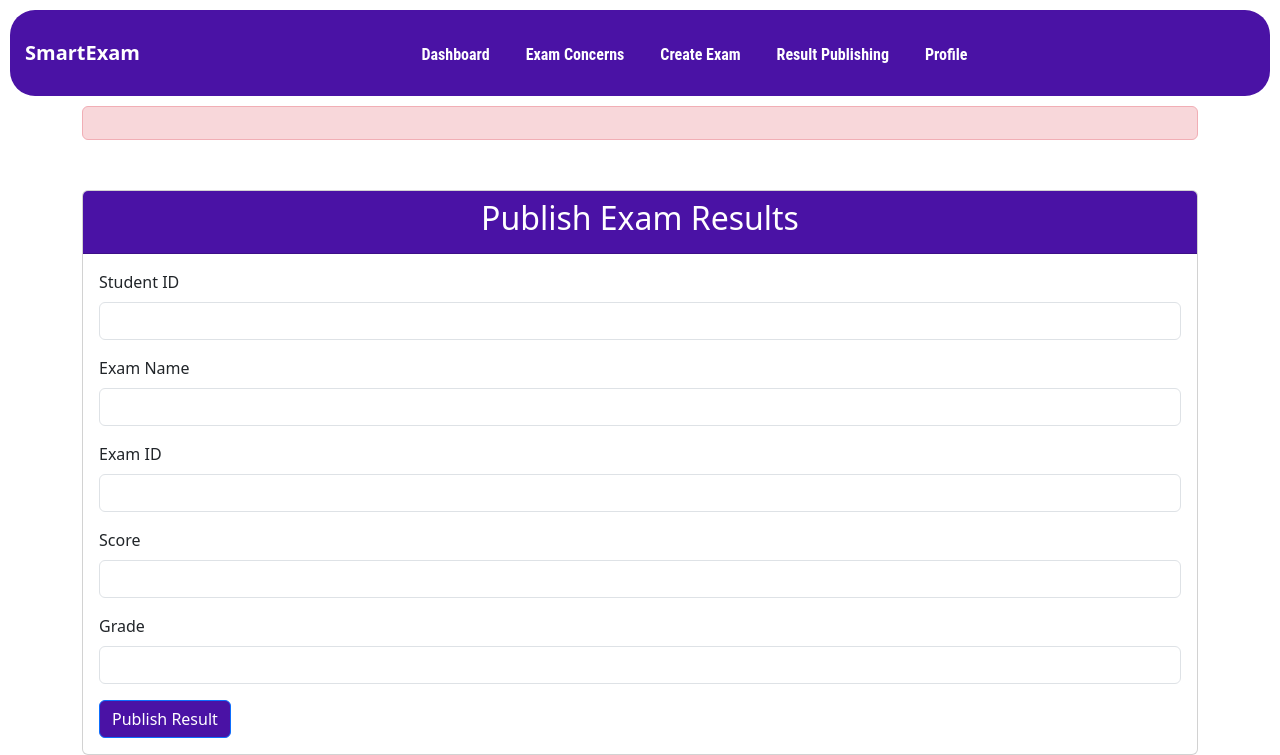
Repository: DissanayakeDA/Registration-web-app
Page: http://localhost/Online-Exam-Management-Web-App/publishResults.jsp
The author's editor kept a copy of each file at every save. The page is drawn from the files as they stood at one save, then again after the next save.
The browser window is 1280 px wide. The pictures show the whole page.
Some web fonts or font styles are not loaded; a fallback is used. The page is served by Tomcat 9.

Above is the page before, as saved 2024-10-19 18:56:33.

After the next save:
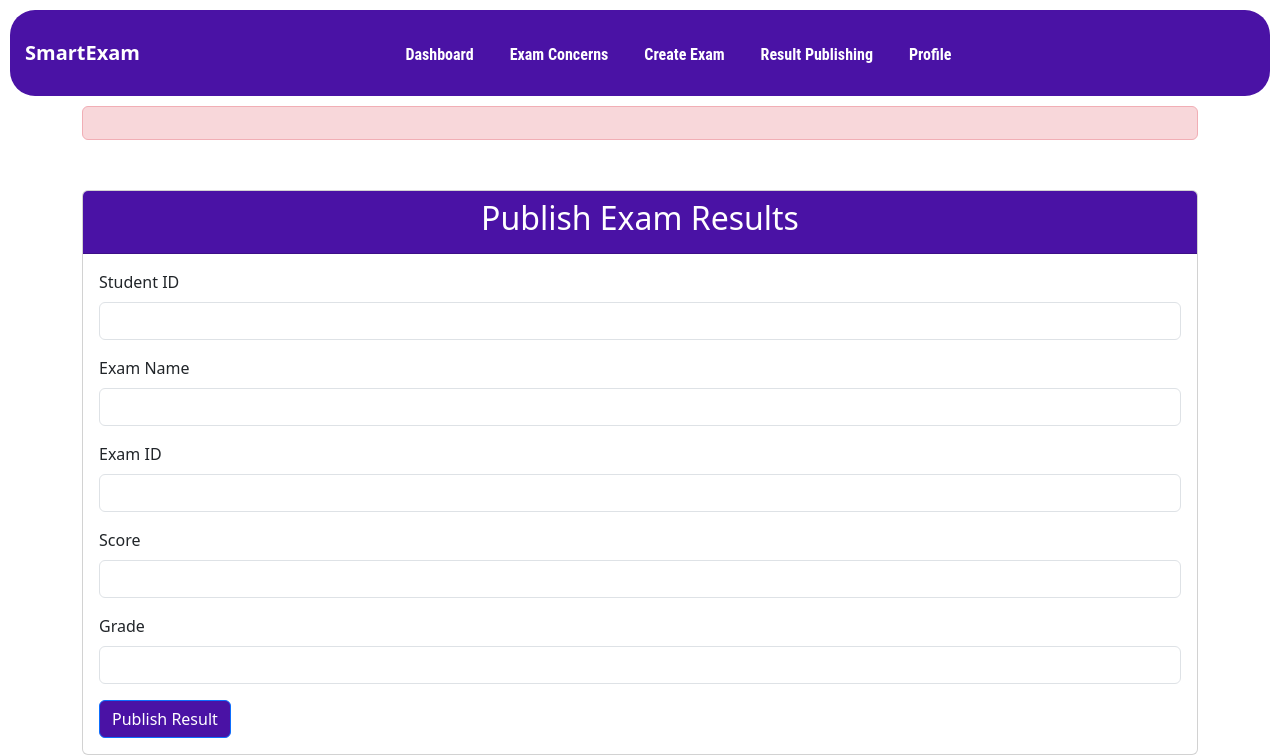
Saved 62 s later.
--- a/Online-Exam-Management-Web-App/src/main/webapp/publishResults.jsp
+++ b/Online-Exam-Management-Web-App/src/main/webapp/publishResults.jsp
@@ -47,6 +47,13 @@
               <a class="nav-link" href="#">Profile</a>
             </li>
           </ul>
+           <div>
+          <a href=admindashboard.jsp>
+          <button id="profileButton" class="btn btn-outline-primary mx-1">
+            <i class="fas fa-user"></i>
+          </button>
+          </a>
+        </div>
         </div>
      </nav>
 
